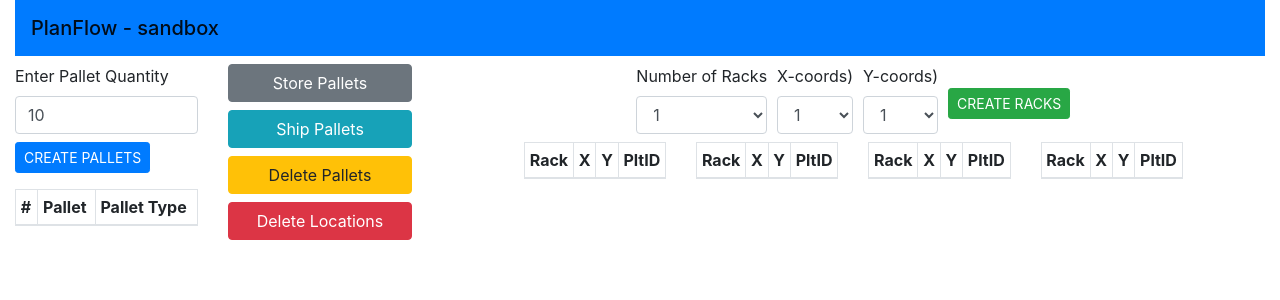
Repository: gholler76/planflow
Page: http://localhost/planflow/WEB-INF/home.jsp
An editor plug-in stored every save of this project. The page is shown before and after the next save, followed by the edit.
The browser window is 1280 px wide. The pictures show the whole page.
The page is served by Tomcat 9. Nobody is signed in. Other server files are loaded and not shown. The template is opened directly, without the code that normally fills it, so the values that code supplies are empty.

Above is the page before, as saved 2021-05-28 13:49:06.

### planflow/src/main/webapp/WEB-INF/home.jsp
<%@ page language="java" contentType="text/html; charset=UTF-8" pageEncoding="UTF-8"%>
<%@ taglib prefix="c" uri="http://java.sun.com/jsp/jstl/core"%>
<%@ taglib prefix="form" uri="http://www.springframework.org/tags/form"%>
<%@ page isErrorPage="true"%>
<%@ taglib prefix="fmt" uri="http://java.sun.com/jsp/jstl/fmt" %>
<%@ taglib prefix="fn" uri="http://java.sun.com/jsp/jstl/functions" %>

<!DOCTYPE html>
<html>
<head>
    <meta charset="UTF-8">
    <title>PlanFlow</title>
    <script src="https://code.jquery.com/jquery-3.5.1.slim.min.js" integrity="sha384-DfXdz2htPH0lsSSs5nCTpuj/zy4C+OGpamoFVy38MVBnE+IbbVYUew+OrCXaRkfj" crossorigin="anonymous"></script>
	<script src="https://cdn.jsdelivr.net/npm/bootstrap@4.6.0/dist/js/bootstrap.bundle.min.js" integrity="sha384-Piv4xVNRyMGpqkS2by6br4gNJ7DXjqk09RmUpJ8jgGtD7zP9yug3goQfGII0yAns" crossorigin="anonymous"></script>
    <link rel="stylesheet" href="https://cdn.jsdelivr.net/npm/bootstrap@4.6.0/dist/css/bootstrap.min.css" integrity="sha384-B0vP5xmATw1+K9KRQjQERJvTumQW0nPEzvF6L/Z6nronJ3oUOFUFpCjEUQouq2+l" crossorigin="anonymous">
</head>
<body>
<div class="container-fluid">
	<nav class="navbar navbar-light bg-primary">
  		 <span class="navbar-brand mb-0 h1">PlanFlow - sandbox</span>
	</nav>
	<div class="row justify-content-between">
		<div class="col-2">
			<form action="/pallets" method="post" class="mt-2">
		      	<div class="form-group">
		      		<Label for="qty" class="form-label">Enter Pallet Quantity</Label>
		      		<input type="number" class="form-control" name="qty" value=10 />
		      		<input type="submit" value="CREATE PALLETS" class="btn btn-sm btn-primary mt-2"/>
		    	</div>
		    </form>
			<table class="table table-bordered table-sm">
				<thead>
					<tr>
						<th>#</th>
						<th>Pallet</th>
						<th>Pallet Type</th>
					</tr>
				</thead>
				<tbody>
					<c:set var="count" value="0" scope="page" />
					<c:forEach var="pallet" items="${pallets}">
					<c:if test="${pallet.location eq null }">
					<tr class="small">
						<th scope="row"><c:set var="count" value="${count + 1}" scope="page"/>${count}</th>
						<td>${pallet.palletid}</td>
						<td>${pallet.ptype}</td>
					</tr>
 					</c:if>
					</c:forEach>
				</tbody>
			</table>
 	 	</div>
 	 	<div class="col-2">
			<form action="/move" method="post">
		  		<input class="btn btn-secondary mt-2 mb-2 btn-block" type="submit" value="Store Pallets">
		  		<input class="btn btn-info mb-2 btn-block" type="submit" value="Ship Pallets" formaction="/ship">
		  		<input class="btn btn-warning mb-2 btn-block" type="submit" value="Delete Pallets" formaction="/deleteP">
		  		<input class="btn btn-danger mb-2 btn-block" type="submit" value="Delete Locations" formaction="/deleteL">
		  	</form>
 	 	</div>
   	 		<div class="col-8">
   	 			<div class="row justify-content-center">
   	 				<form action="/locations" method="post">
   	 				<input type="hidden" name="startRack" value=100>
						<div class="form-row align-items-center mt-2">
						    <div class="col-auto">
						      <label for="rackCount">Number of Racks</label>
						      <select class="form-control mb-2" name="rackCount">
						      	<option value=+1>1</option>
						      	<option value=+2>2</option>
						      	<option value=+3>3</option>
						      	<option value=+4>4</option>
						      </select>
						    </div>
						    <div class="col-auto">
						      <label for="xcoors">X-coords)</label>
						      <select class="form-control mb-2" name="xcoors">
						      	<option value=+1>1</option>
						      	<option value=+2>2</option>
						      	<option value=+3>3</option>
						      	<option value=+4>4</option>
						      	<option value=+5>5</option>
						      	<option value=+6>6</option>
						      	<option value=+7>7</option>
						      	<option value=+8>8</option>
						      	<option value=+9>9</option>
						      	<option value=+10>10</option>
						      	<option value=+11>11</option>
						      	<option value=+12>12</option>
						      	<option value=+13>13</option>
						      	<option value=+14>14</option>
						      	<option value=+15>15</option>
						      	<option value=+16>16</option>
						      	<option value=+17>17</option>
						      	<option value=+18>18</option>
						      	<option value=+19>19</option>
						      	<option value=+20>20</option>
						      </select>
						    </div>
						    <div class="col-auto">
						      <label for="ycoors">Y-coords)</label>
						      <select class="form-control mb-2" name="ycoors">
						      	<option value=+1>1</option>
						      	<option value=+2>2</option>
						      	<option value=+3>3</option>
						      	<option value=+4>4</option>
						      	<option value=+5>5</option>
						      </select>
						    </div>
						    <div class="col-auto">
						      <button type="submit" class="btn btn-success btn-sm">CREATE RACKS</button>
						    </div>
						  </div>
						</form>
	   	 			</div>
	   	 			<div class="row justify-content-center">
	   	 				<div class="col-auto">
	   	 					<table class="table-sm table-bordered">
	   	 						<thead>
	   	 							<tr>
	   	 								<th>Rack</th>
	   	 								<th>X</th>
	   	 								<th>Y</th>
	   	 								<th>PltID</th>
	   	 							</tr>
	   	 						</thead>
	   	 						<tbody>
	   	 						<c:forEach var="location" items="${locations}">
   	 								<c:if test="${location.rack eq '101'}">
		   	 							<tr class="small">
		   	 								<td>${location.rack}</td>
		   	 								<td>${location.xcoor}</td>
		   	 								<td>${location.ycoor}</td>
		   	 								<td>${location.pallet.palletid}</td>
		   	 							</tr>
	   	 							</c:if>
   	 							</c:forEach>
			   	 				</tbody>
			   	 			</table>
			   	 		</div>
	   	 				<div class="col-auto">
	   	 					<table class="table-sm table-bordered">
	   	 						<thead>
	   	 							<tr>
	   	 								<th>Rack</th>
	   	 								<th>X</th>
	   	 								<th>Y</th>
	   	 								<th>PltID</th>
	   	 							</tr>
	   	 						</thead>
	   	 						<tbody>
	   	 						<c:forEach var="location" items="${locations}">
   	 								<c:if test="${location.rack eq '102'}">
		   	 							<tr class="small">
		   	 								<td>${location.rack}</td>
		   	 								<td>${location.xcoor}</td>
		   	 								<td>${location.ycoor}</td>
		   	 								<td>${location.pallet.palletid}</td>
		   	 							</tr>
	   	 							</c:if>
   	 							</c:forEach>
			   	 				</tbody>
			   	 			</table>
			   	 		</div>
	   	 				<div class="col-auto">
	   	 					<table class="table-sm table-bordered">
	   	 						<thead>
	   	 							<tr>
	   	 								<th>Rack</th>
	   	 								<th>X</th>
	   	 								<th>Y</th>
	   	 								<th>PltID</th>
	   	 							</tr>
	   	 						</thead>
	   	 						<tbody>
	   	 						<c:forEach var="location" items="${locations}">
   	 								<c:if test="${location.rack eq '103'}">
		   	 							<tr class="small">
		   	 								<td>${location.rack}</td>
		   	 								<td>${location.xcoor}</td>
		   	 								<td>${location.ycoor}</td>
		   	 								<td>${location.pallet.palletid}</td>
		   	 							</tr>
	   	 							</c:if>
   	 							</c:forEach>
			   	 				</tbody>
			   	 			</table>
			   	 		</div>
	   	 				<div class="col-auto">
	   	 					<table class="table-sm table-bordered">
	   	 						<thead>
	   	 							<tr>
	   	 								<th>Rack</th>
	   	 								<th>X</th>
	   	 								<th>Y</th>
	   	 								<th>PltID</th>
	   	 							</tr>
	   	 						</thead>
	   	 						<tbody>
	   	 						<c:forEach var="location" items="${locations}">
   	 								<c:if test="${location.rack eq '104'}">
		   	 							<tr class="small">
		   	 								<td>${location.rack}</td>
		   	 								<td>${location.xcoor}</td>
		   	 								<td>${location.ycoor}</td>
		   	 								<td>${location.pallet.palletid}</td>
		   	 							</tr>
	   	 							</c:if>
   	 							</c:forEach>
			   	 				</tbody>
			   	 			</table>
			   	 		</div>
		 			</div>
		 		</div>
    	</div>
	</div>
</body>
</html>

After the next save:
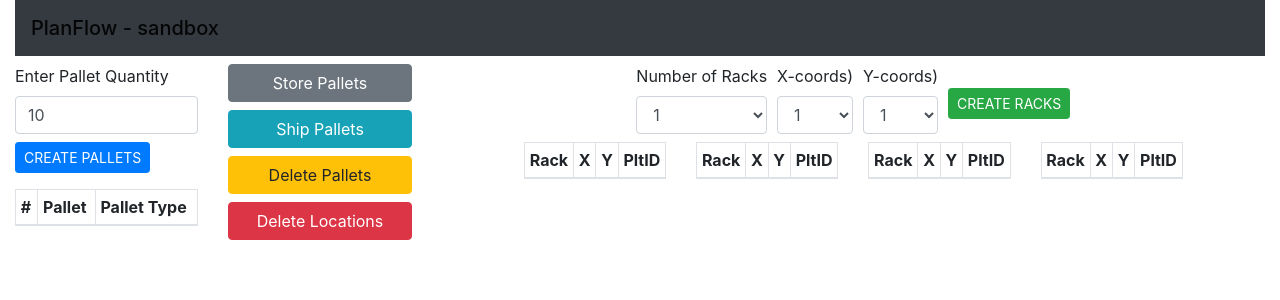
Saved 33 s later.
--- a/planflow/src/main/webapp/WEB-INF/home.jsp
+++ b/planflow/src/main/webapp/WEB-INF/home.jsp
@@ -16,7 +16,7 @@
 </head>
 <body>
 <div class="container-fluid">
-	<nav class="navbar navbar-light bg-primary">
+	<nav class="navbar navbar-light bg-dark">
   		 <span class="navbar-brand mb-0 h1">PlanFlow - sandbox</span>
 	</nav>
 	<div class="row justify-content-between">
